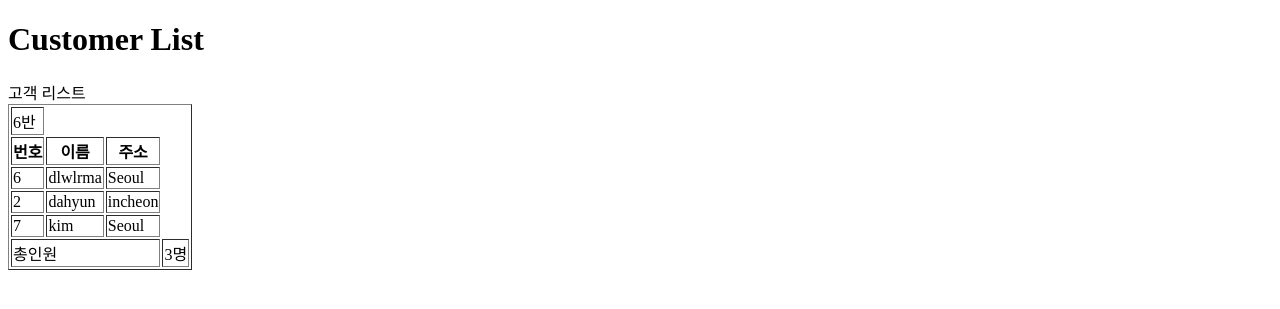
Repository: hyungju2/SSAFY_JavaPractice
Page: 20190211_HTML/web_java/HTMLProject/WebContent/html/Tabletag.html
These files come from the project's save history. The page is drawn as it stood at one moment and after the next save; the edit follows.
The browser window is 1280 px wide. The pictures show the whole page.

Above is the page before, as saved 2019-02-11 04:57:06.

After the next save:
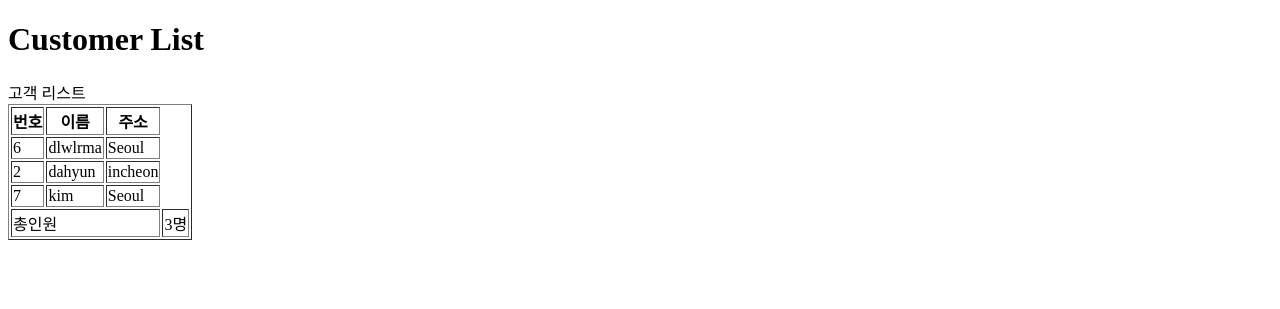
Saved 25 s later.
--- a/20190211_HTML/web_java/HTMLProject/WebContent/html/Tabletag.html
+++ b/20190211_HTML/web_java/HTMLProject/WebContent/html/Tabletag.html
@@ -9,12 +9,9 @@
 <h1> Customer List</h1>
 
 	<table border="1">
+
+		<thead>
 		<captaion>고객 리스트</captaion> <!-- caption을 본 순간부터 제목으로 인식함. -->
-		<thead>
-		<tr>
-			<td rowspan="5">6반</td>
-
-		</tr>
 		</thead>
 
 		<tbody>
